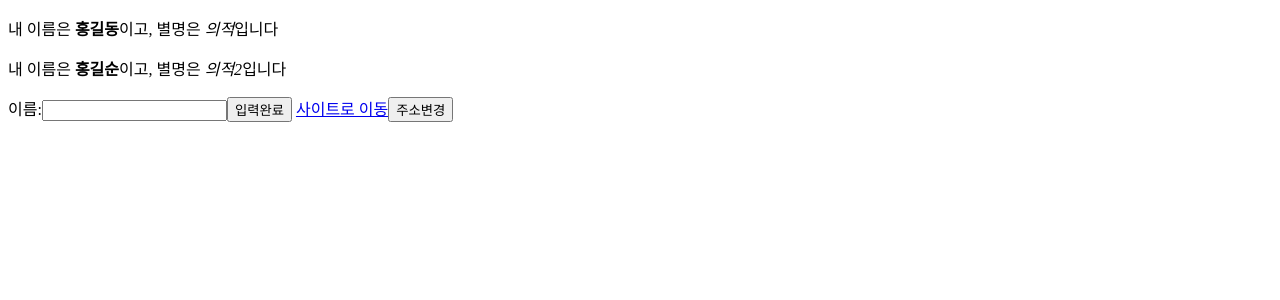
Repository: chopilyeon/JavaWeb
Page: LectureWeb/src/main/webapp/jquery/exam03.html
The author's editor kept a copy of each file at every save. The page is drawn from the files as they stood at one save, then again after the next save.
The browser window is 1280 px wide. The pictures show the whole page.

Above is the page before, as saved 2022-05-30 07:06:41.
Console error: ReferenceError: pTags is not defined

After the next save:
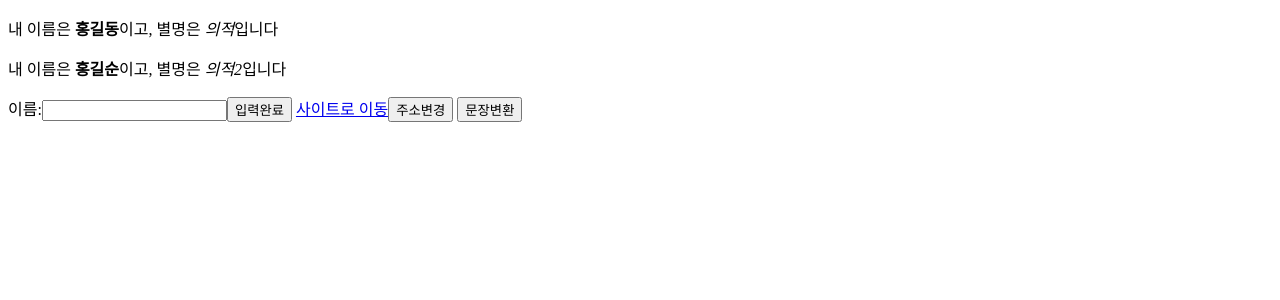
Saved 109 s later.
--- a/LectureWeb/src/main/webapp/jquery/exam03.html
+++ b/LectureWeb/src/main/webapp/jquery/exam03.html
@@ -49,9 +49,11 @@ alert('html : ' + html + '\ntext: ' +text + '\n주소:' + attr)
 	$('#btn02').click(function(){
 		$('a').attr('href','http://www.daum.net')
 	})
+	$('#btn03').click(function(){
+		$('p').html('<mark>문장변환</mark>')
 
 
-
+	})
 })
 </script>
 
@@ -68,6 +70,7 @@ alert('html : ' + html + '\ntext: ' +text + '\n주소:' + attr)
 	</p>
 	이름:<input type="text" id="name"><button id="btn01"> 입력완료</button>
 	<a href="http://www.naver.com">사이트로 이동</a><button id ="btn02">주소변경</button>
+	<button id="btn03">문장변환</button>
 
 
 
